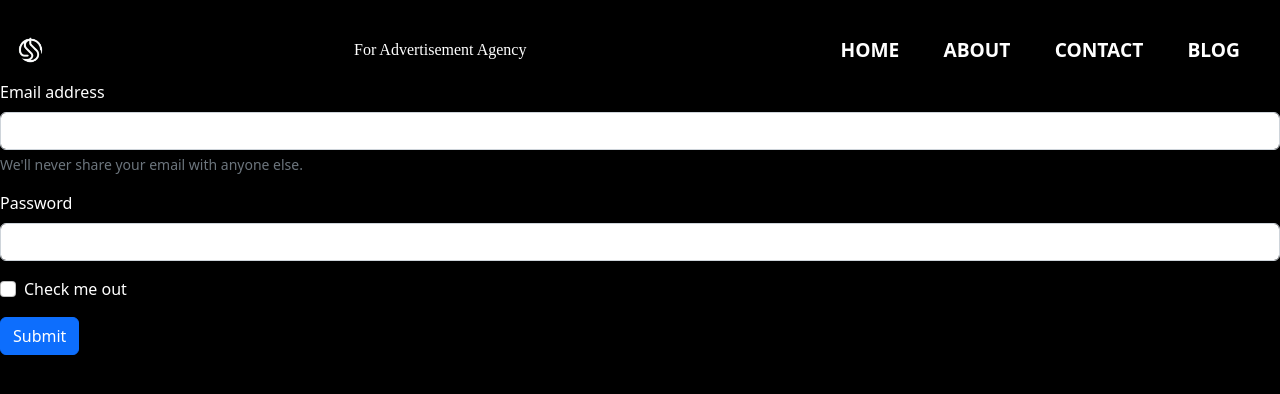
Repository: jaseem1999/sdCommunity
Page: http://localhost/sdCommunity/AdvSign.jsp
These files come from the project's save history. The page is drawn as it stood at one moment and after the next save; the edit follows.
The browser window is 1280 px wide. The pictures show the whole page.
The page is served by Tomcat 9.

Above is the page before, as saved 2023-10-16 17:54:00.

After the next save:
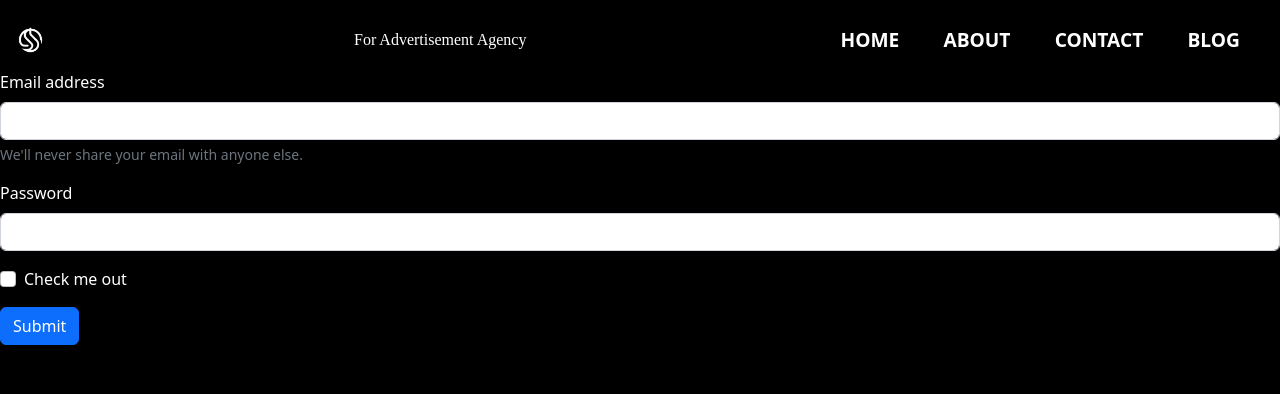
Saved 15 s later.
--- a/sdCommunity/src/main/webapp/AdvSign.jsp
+++ b/sdCommunity/src/main/webapp/AdvSign.jsp
@@ -23,12 +23,10 @@ a {
   display: flex;
   justify-content: space-between;
   align-items: center;
-  padding-top: 20px;
+  padding-top: 10px;
 }
 
-.logo {
 
-}
 
 .hamburger {
   padding-right: 20px;
